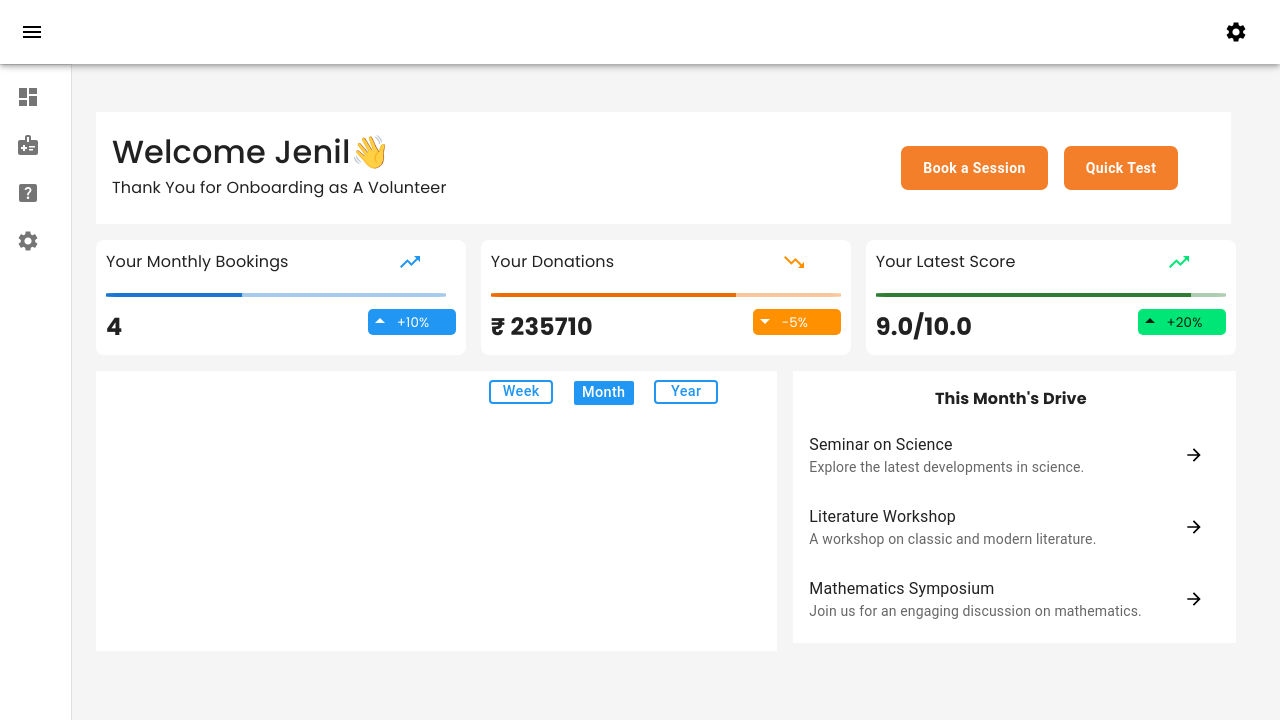
Repository: shubhampirate/Google_Solutions_Edural
Page: /dashboard
The author's editor kept a copy of each file at every save. The page is drawn from the files as they stood at one save, then again after a run of saves.
The browser window is 1280 px wide. The pictures show the whole page.
The page's requests for data from a server got no answer. An inner scrolling area shows only its first screen. The project was rebuilt for these pictures with package versions that can differ from the ones it lists, and the page was loaded fresh each time. Some packages were replaced by stand-ins written for this rebuild. No one was signed in, and anything a server would have sent is missing. Also part of the build but not shown: src/Components/Navbar.jsx, src/Components/Footer.jsx, src/Components/CongratsCard.jsx, src/pages/Hero/Hero.jsx, src/pages/Sign_in.jsx.

Above is the page before, as saved 2024-02-03 19:09:02.

### src/App.jsx
import Hero from "./pages/Hero/Hero";
import Dashboard from "./pages/Dashboard/Dashboard";
import Layout from "./Components/layout";
import SignIn from "./pages/Sign_in";
import {useState} from "react";
import { Route, Routes } from "react-router-dom";
function App() {
  return (
    <>
      {/* <Hero />   */}
      {/* <SignIn /> */}
      <Routes>
        <Route path="/signin" element={<><SignIn /></>} />
        <Route path="/dashboard" element={<Layout><Dashboard /></Layout>} />
        {/* <Route path="/education" element={<><Education /></>} /> */}
        {/* <Route path="/health" element={<><Health /></>} /> */}
        {/* <Route path="/profile" element={<><Profile /></>} /> */}
        {/* <Route path="/finance" element={<><Finance /></>} /> */}
        {/* <Route path="/questions" element={<><Questions /></>} /> */}
        {/* <Route path="/retireaibot" element={<><Bot /></>} /> */}
        <Route path="/" element={<><Hero /></>} />
      </Routes>
         </>
  );
}

export default App;

### src/pages/Dashboard/Dashboard.jsx
    import * as React from 'react';
    import { createTheme, ThemeProvider } from '@mui/material/styles';
    import CssBaseline from '@mui/material/CssBaseline';
    import Box from '@mui/material/Box';
    import Toolbar from '@mui/material/Toolbar';
    import { LinearProgress, ListItem,  ListItemText,ListItemButton } from '@mui/material';
    import TrendingUpIcon from '@mui/icons-material/TrendingUp';
    import TrendingDownIcon from '@mui/icons-material/TrendingDown';
    import List from '@mui/material/List';
    import ArrowDropUpIcon from '@mui/icons-material/ArrowDropUp';
    import ArrowDropDownIcon from '@mui/icons-material/ArrowDropDown';
    import Grid from '@mui/material/Grid';
    import axios from 'axios';
    import Button from '@mui/material/Button';
    import Swal from 'sweetalert2';
    import { useState } from 'react';
    import { useEffect } from 'react';
    import CustomButton from "../../Components/CustomButton";
    import ArrowForwardIcon from '@mui/icons-material/ArrowForward';
    // import { Bar } from "react-chartjs-2";
    // import { BarElement, CategoryScale, Chart as ChartJS, Legend, LinearScale, Title, Tooltip } from "chart.js";
    // import GoogleTranslateComponent from '../../Components/GoogleTranslateComponent';
    // ChartJS.register(CategoryScale, LinearScale, BarElement, Title, Tooltip, Legend);

    const educationEvents = [
        { id: 1, name: 'Seminar on Science', description: 'Explore the latest developments in science.' },
        { id: 2, name: 'Literature Workshop', description: 'A workshop on classic and modern literature.' },
        { id: 3, name: 'Mathematics Symposium', description: 'Join us for an engaging discussion on mathematics.' },
      ];
    var currentDate = new Date();

    var months = [
    "January", "February", "March", "April", "May", "June",
    "July", "August", "September", "October", "November", "December"
    ];

    var formattedDate = months[currentDate.getMonth()] + " " + currentDate.getDate() + ", " + currentDate.getFullYear();

    const defaultTheme = createTheme();

    export default function Dashboard() {
    const [open, setOpen] = React.useState(true);
    const toggleDrawer = () => {
        setOpen(!open);
    };

    const [expensedata, setExpensedata] = useState([])

    useEffect(() => {
        loadList();
    }, []);


    const loadList = async () => {
        const result = await axios.get(`https://wixstocle.pythonanywhere.com/api/expense/`, {
        headers: { "Authorization": `Token 11c868750d92deda81638c5a9a59177bdc7ae41a` },
        });
        console.log(result.data.data);
        setExpensedata(result.data.data);
    }

    const getLabels = () => expensedata.slice(-5).map(data => data.date);

    const getData = (key) => expensedata.slice(-5).map(data => data[key]);

    const optionsexpense = {
        indexAxis: 'x',
        elements: {
        bar: {
            borderWidth: 0,
        },
        },
        responsive: true,
        interaction: {
        mode: 'index',
        intersect: false,
        },
        scales: {
        x: {
            stacked: false,
        },
        y: {
            stacked: false,
        },
        },
        plugins: {
        legend: {
            position: 'top',
        }
        },
    };

    const dataexpense = {
        labels: getLabels(),
        datasets: [
        {
            label: 'Revenue',
            data: getData('income'),
            backgroundColor: '#2196f3',
        },
        {
            label: 'Spendings',
            data: getData('expense'),
            backgroundColor: '#ff9100',
        },
        {
            label: 'Savings',
            data: getData('savings'),
            backgroundColor: '#00e676',
        },
        ],
    };

    const today = new Date();
    const year = today.getFullYear();
    const month = String(today.getMonth() + 1).padStart(2, '0'); // Months are zero-based
    const day = String(today.getDate()).padStart(2, '0');

    const todayDate = `${year}-${month}-${day}`;

    const [userData, setUserData] = React.useState({
        income: '',
        savings: '',
        expense: '',
        date: todayDate,
        user: "tony@gmail.com"
    });

    const handleChangePlan = (field, value) => {
        setUserData((prevData) => ({ ...prevData, [field]: value }));
    };
    const creditscore = 87.4;

    const handlePostData = () => {
        console.log(userData);
        fetch(`https://wixstocle.pythonanywhere.com/api/expense/`, {
        method: 'POST',
        headers: {
            "Authorization": `Token 11c868750d92deda81638c5a9a59177bdc7ae41a`,
            'Content-Type': 'application/json',
        },
        body: JSON.stringify(userData),
        })
        .then((response) => response.json())
        .then((data) => {
            // console.log(data);
            if (data.status == true) {
            Swal.fire({
                icon: 'success',
                title: 'Successfully Saved the details',
                showConfirmButton: false,
                timer: 3000
            })
            setExpensedata([...expensedata, userData]);
            }
            else {
            Swal.fire({
                icon: 'error',
                title: data.message,
                showConfirmButton: false,
                timer: 3000
            })
            }
        });
    };

    const [checked, setChecked] = React.useState([1]);

    const handleToggle = (value) => () => {
        const currentIndex = checked.indexOf(value);
        const newChecked = [...checked];

        if (currentIndex === -1) {
        newChecked.push(value);
        } else {
        newChecked.splice(currentIndex, 1);
        }

        setChecked(newChecked);
    };
    return (
        <ThemeProvider theme={defaultTheme}>
        <Box sx={{ display: 'flex' }} >
            {/* <CssBaseline /> */}

            <Box
            component="main"
            sx={{
                backgroundColor: "#F47F2A 4%",
                // (theme) =>
                // theme.palette.mode === 'light'
                //     ? theme.palette.grey[100]
                //     : theme.palette.grey[900],
                flexGrow: 1,
                height: '100vh',
                overflow: 'auto',
            }}>
            <Toolbar />

            <div>
        <Grid container spacing={2} paddingLeft={5}>
            <Grid item xs={12} sm={8}  style={{ backgroundColor: "white",paddingBottom: "1.5rem" }} >
            <div style={{ fontSize: '2rem', fontWeight: '500'}}>Welcome Jenil👋</div>
            {/* <div>See all activities- {formattedDate}</div> */}
            <div>Thank You for Onboarding as A Volunteer</div>
            </Grid>
            <Grid item xs={12} sm={3.5}  display="flex" justifyContent="flex-center" alignItems="center" style={{ backgroundColor: "white", paddingBottom: "1rem"}}>
            <Box
        sx={{
          display: "flex",
          alignItems: "center",
          justifyContent: "center",
          gap: "1rem",
        }}
      >
        <CustomButton
          backgroundColor="#F47F2A"
          color="#fff"
          buttonText="Book a Session"

        />
        <CustomButton
          backgroundColor="#F47F2A"
          color="#fff"
          buttonText="Quick Test"

        />
      </Box>
            </Grid>
        </Grid>
        </div>

            <Grid container spacing={2} marginTop="1rem" paddingLeft={5} paddingRight={2}>
                <Grid item xs={12} md={3.8} style={{ backgroundColor: "white", padding: "10px", marginRight: "15px", borderRadius: "0.5rem" }}>
                <Grid item xs={12}>
                    <Grid container>
                    <Grid item xs={10}><div>Your Monthly Bookings</div></Grid>
                    <Grid item xs={2}><TrendingUpIcon sx={{ color: "#2196f3" }} /></Grid>
                    </Grid>
                    <Grid item xs={12}>
                    <LinearProgress variant="determinate" value={40} sx={{ color: "#2196f3", borderRadius: "10%", margin: "12px 10px 12px 0px" }} />
                    </Grid>
                    <Grid item xs={12}>
                    <Grid container>
                        <Grid item xs={9}>
                        <div style={{ fontSize: "1.5rem", fontWeight: "550" }}> 4</div>
                        </Grid>
                        <Grid item xs={3} style={{ backgroundColor: "#2196f3", color: "white", borderRadius: "5px", height: "1.65rem" }}>
                        <ArrowDropUpIcon /> <sup>+10%</sup>
                        </Grid>
                    </Grid>
                    </Grid>
                </Grid>
                </Grid>
                <Grid item xs={12} md={3.8} style={{ backgroundColor: "white", padding: "10px", marginRight: "15px", borderRadius: "0.5rem" }}>
                <Grid item xs={12}>
                    <Grid container>
                    <Grid item xs={10}><div>Your Donations</div></Grid>
                    <Grid item xs={2}><TrendingDownIcon sx={{ color: "#ff9100" }} /></Grid>
                    </Grid>
                    <Grid item xs={12}>
                    <LinearProgress variant="determinate" value={70} color='warning' sx={{ borderRadius: "10%", margin: "12px 0px" }} />
                    </Grid>
                    <Grid item xs={12}>
                    <Grid container>
                        <Grid item xs={9}>
                    <div style={{ fontSize: "1.5rem", fontWeight: "550" }}>₹ 235710</div>
                        </Grid>
                        <Grid item xs={3} style={{ backgroundColor: "#ff9100", color: "white", borderRadius: "5px", height: "1.65rem" }}>
                        <ArrowDropDownIcon /> <sup>-5%</sup>
                        </Grid>
                    </Grid>
                    </Grid>
                </Grid>
                </Grid>
                <Grid item xs={12} md={3.8} style={{ backgroundColor: "white", padding: "10px", marginRight: "15px", borderRadius: "0.5rem" }}>
                <Grid item xs={12}>
                    <Grid container>
                    <Grid item xs={10}><div>Your Latest Score</div></Grid>
                    <Grid item xs={2}><TrendingUpIcon sx={{ color: "#00e676" }} /></Grid>
                    </Grid>
                    <Grid item xs={12}>
                    <LinearProgress variant="determinate" value={90} color="success" style={{ borderRadius: "10%", margin: "12px 0px" }} />
                    </Grid>
                    <Grid item xs={12}>
                    <Grid container>
                        <Grid item xs={9}>
    <div style={{ fontSize: "1.5rem", fontWeight: "550" }}> 9.0/10.0</div>
                        </Grid>
                        <Grid item xs={3} style={{ backgroundColor: "#00e676", borderRadius: "5px", height: "1.65rem" }}>
                        <ArrowDropUpIcon /> <sup>+20%</sup>
                        </Grid>
                    </Grid>
                    </Grid>
                </Grid>
                </Grid>

            </Grid>
            <Grid container spacing={2} marginTop="1rem" paddingLeft={5} paddingRight={2} marginBottom={2}>
                <Grid item xs={7} sx={{ backgroundColor: "white", padding: "5px", marginRight: "1rem" }}>
                <Grid container spacing={2} padding={1}>
                    <Grid xs={7}></Grid>
                    <Grid xs={1.5}><Button style={{
                    borderColor: "#2196f3", color: "#2196f3", height: "1.5rem", textTransform: "capitalize",
                    fontSize: "0.9rem", border: "2px solid", textAlign: "left"
                    }}>Week</Button></Grid>
                    <Grid xs={1.5}><Button style={{
                    backgroundColor: "#2196f3", color: "white", height: "1.75rem", textTransform: "capitalize",
                    fontSize: "0.9rem", border: "2px solid", textAlign: "left"
                    }}>Month</Button></Grid>
                    <Grid xs={1}><Button style={{
                    borderColor: "#2196f3", color: "#2196f3", height: "1.5rem", textTransform: "capitalize",
                    fontSize: "0.9rem", border: "2px solid", textAlign: "left"
                    }}>Year</Button></Grid>
                    <Grid xs={12} marginTop={2}>
                    {/* <Bar options={optionsexpense} data={dataexpense} /> */}
                    </Grid>
                </Grid>
                </Grid>
                <Grid item xs={12} md={4.75} >
                <Grid container spacing={2} >

                    <Grid item xs={11.5}>
                    <Grid container spacing={2} sx={{ backgroundColor: "white", marginBottom: "0.5rem" }}>
                        <Grid item xs={12} style={{ textAlign: "center", marginLeft: "-0.75rem", fontWeight: "600" }}>This Month's Drive</Grid>
                        <List sx={{ width: '100%', bgcolor: 'background.paper' }}>
      {educationEvents.map((event) => (
        <ListItem key={event.id} disablePadding>
          <ListItemButton role={undefined}>
            <ListItemText primary={event.name} secondary={event.description} />
            <Button endIcon={<ArrowForwardIcon sx={{ color: 'black' }}/>} color="primary">
              {/* View More */}
            </Button>
          </ListItemButton>
        </ListItem>
      ))}
    </List>
                    </Grid>
                    </Grid>
                </Grid>
                </Grid>
            </Grid>

            </Box>
        </Box >
        </ThemeProvider >
    );
    }

### src/Components/CustomButton.jsx
import { Button, styled } from "@mui/material";
import React from "react";

const CustomButton = ({
  backgroundColor,
  color,
  buttonText,
  heroBtn,
  guideBtn,
  getStartedBtn,
}) => {
  const CustomButton = styled(Button)(({ theme }) => ({
    backgroundColor: backgroundColor,
    color: color,
    fontWeight: "700",
    fontSize: "14px",
    cursor: "pointer",
    padding: "0.5rem 1.25rem",
    borderRadius: "7px",
    textTransform: "none",
    display: "block",
    border: "2px solid transparent",
    "&:hover": {
      backgroundColor: color,
      color: backgroundColor,
      borderColor: backgroundColor,
    },
    [theme.breakpoints.down("md")]: {
      margin: (heroBtn || getStartedBtn) && theme.spacing(0, "auto", 3, "auto"),
      width: (heroBtn || getStartedBtn) && "90%",
    },
    [theme.breakpoints.down("sm")]: {
      marginTop: guideBtn && theme.spacing(3),
      width: guideBtn && "90%",
    },
  }));

  return <CustomButton>{buttonText}</CustomButton>;
};

export default CustomButton;

### src/Components/listItems.jsx
import * as React from 'react';
import ListItemButton from '@mui/material/ListItemButton';
import ListItemIcon from '@mui/material/ListItemIcon';
import ListItemText from '@mui/material/ListItemText';
import DashboardIcon from '@mui/icons-material/Dashboard';
import MedicalInformationIcon from '@mui/icons-material/MedicalInformation';
import SavingsIcon from '@mui/icons-material/Savings';
import SchoolIcon from '@mui/icons-material/School';
import HelpCenterIcon from '@mui/icons-material/HelpCenter';
import SettingsIcon from '@mui/icons-material/Settings';
import SmartToyIcon from '@mui/icons-material/SmartToy';
import { Link } from 'react-router-dom';
// import GoogleTranslateComponent from './GoogleTranslateComponent';


export const mainListItems = (
  <>
    <React.Fragment>
      <Link to="/dashboard" style={{ textDecoration: "none", color: "black" }}>
        <ListItemButton>
          <ListItemIcon>
            <DashboardIcon />
          </ListItemIcon>
          <ListItemText primary="Dashboard" />
        </ListItemButton>
      </Link>
      <Link to="/health" style={{ textDecoration: "none", color: "black" }}>
        <ListItemButton>
          <ListItemIcon>
            <MedicalInformationIcon />
          </ListItemIcon>
          <ListItemText primary="HeathCare" />
        </ListItemButton>
      </Link>
      {/* <Link to="/finance" style={{ textDecoration: "none", color: "black" }}>
        <ListItemButton>
          <ListItemIcon>
            <SavingsIcon />
          </ListItemIcon>
          <ListItemText primary="Finance Planning" />
        </ListItemButton>
      </Link> */}
      {/* <Link to="/education" style={{ textDecoration: "none", color: "black" }}>
        <ListItemButton>
          <ListItemIcon>
            <SchoolIcon />
          </ListItemIcon>
          <ListItemText primary="Educational Service" />
        </ListItemButton>
      </Link> */}
      <Link to="/questions" style={{ textDecoration: "none", color: "black" }}>
        <ListItemButton>
          <ListItemIcon>
            <HelpCenterIcon />
          </ListItemIcon>
          <ListItemText primary="FAQ" />
        </ListItemButton>
      </Link>
      <Link to="/profile" style={{ textDecoration: "none", color: "black" }}>
        <ListItemButton>
          <ListItemIcon>
            <SettingsIcon />
          </ListItemIcon>
          <ListItemText primary="Profile" />
        </ListItemButton>
      </Link>
      {/* <Link to="/retireaibot" style={{ textDecoration: "none", color: "black" }}>
        <ListItemButton>
          <ListItemIcon>
            <SmartToyIcon />
          </ListItemIcon>
          <ListItemText primary="Retire AI Bot" />
        </ListItemButton>
      </Link> */}
    </React.Fragment >
  </>
);

// export const secondaryListItems = (
//   <React.Fragment>
//     <ListSubheader component="div" inset>
//       Saved reports
//     </ListSubheader>
//     <ListItemButton>
//       <ListItemIcon>
//         <AssignmentIcon />
//       </ListItemIcon>
//       <ListItemText primary="Current month" />
//     </ListItemButton>
//     <ListItemButton>
//       <ListItemIcon>
//         <AssignmentIcon />
//       </ListItemIcon>
//       <ListItemText primary="Last quarter" />
//     </ListItemButton>
//     <ListItemButton>
//       <ListItemIcon>
//         <AssignmentIcon />
//       </ListItemIcon>
//       <ListItemText primary="Year-end sale" />
//     </ListItemButton>
//   </React.Fragment>
// );

Loaded but not shown: public/index.html (common file); src/index.css (common file); src/index.js (18 lines, source omitted); src/Components/layout.jsx (153 lines, source omitted)

After the next 2 saves:
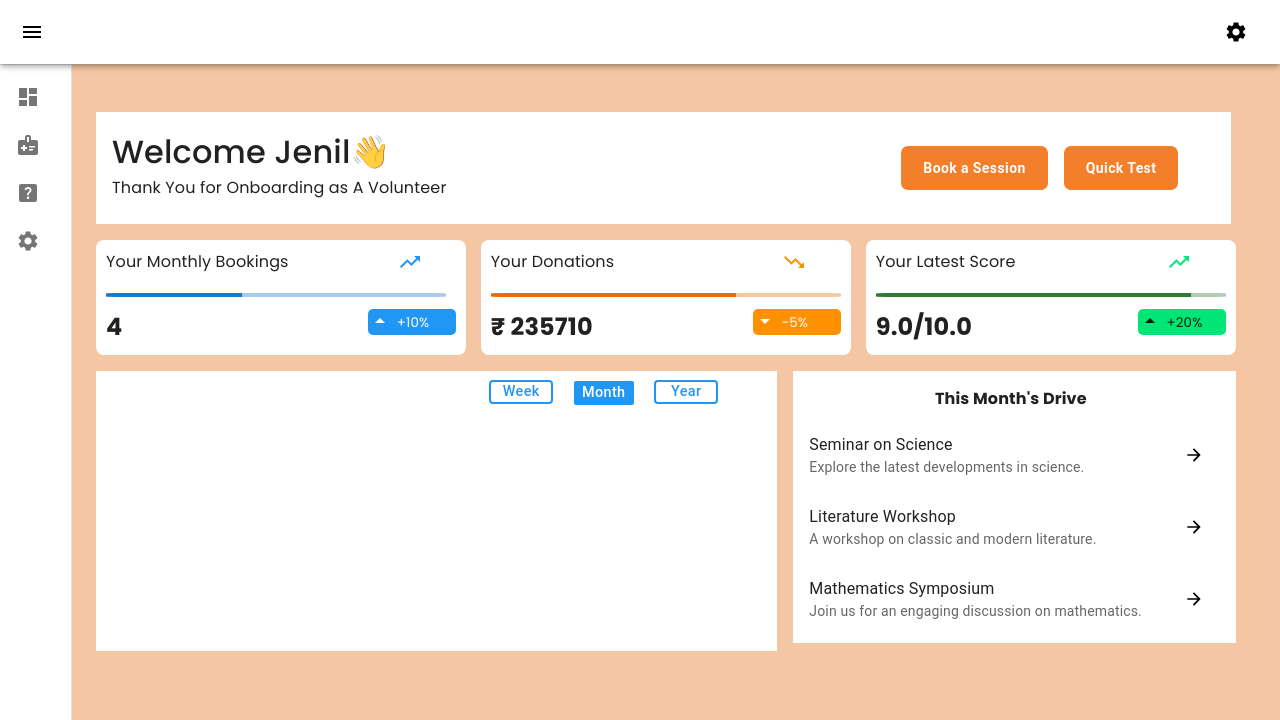
The 2 saves are shown as one change because they came seconds apart.
The last was saved 72 s later.
--- a/src/pages/Dashboard/Dashboard.jsx
+++ b/src/pages/Dashboard/Dashboard.jsx
@@ -186,7 +186,7 @@
             <Box
             component="main"
             sx={{
-                backgroundColor: "#F47F2A 4%",
+                backgroundColor:"rgba(244, 127, 42, 0.4)",
                 // (theme) =>
                 // theme.palette.mode === 'light'
                 //     ? theme.palette.grey[100]

After the save that followed:
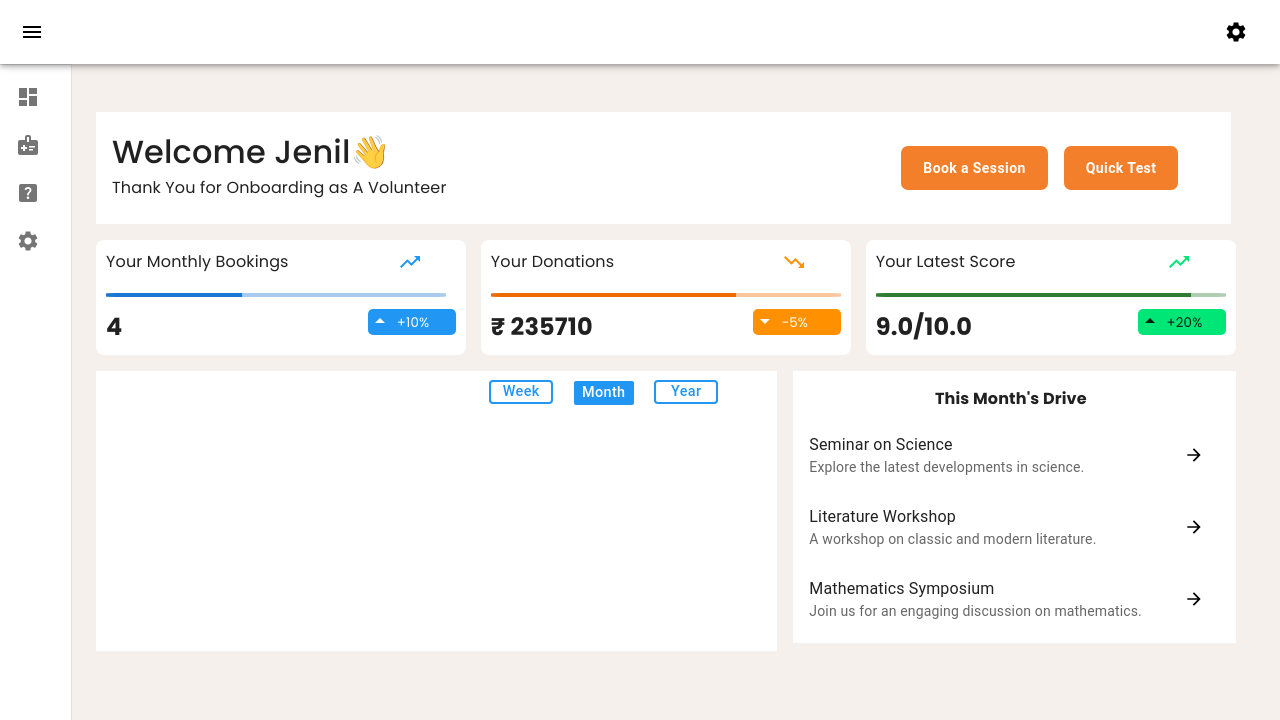
Saved 21 s later.
--- a/src/pages/Dashboard/Dashboard.jsx
+++ b/src/pages/Dashboard/Dashboard.jsx
@@ -186,7 +186,7 @@
             <Box
             component="main"
             sx={{
-                backgroundColor:"rgba(244, 127, 42, 0.4)",
+                backgroundColor:"rgba(244, 127, 42, 0.04)",
                 // (theme) =>
                 // theme.palette.mode === 'light'
                 //     ? theme.palette.grey[100]
